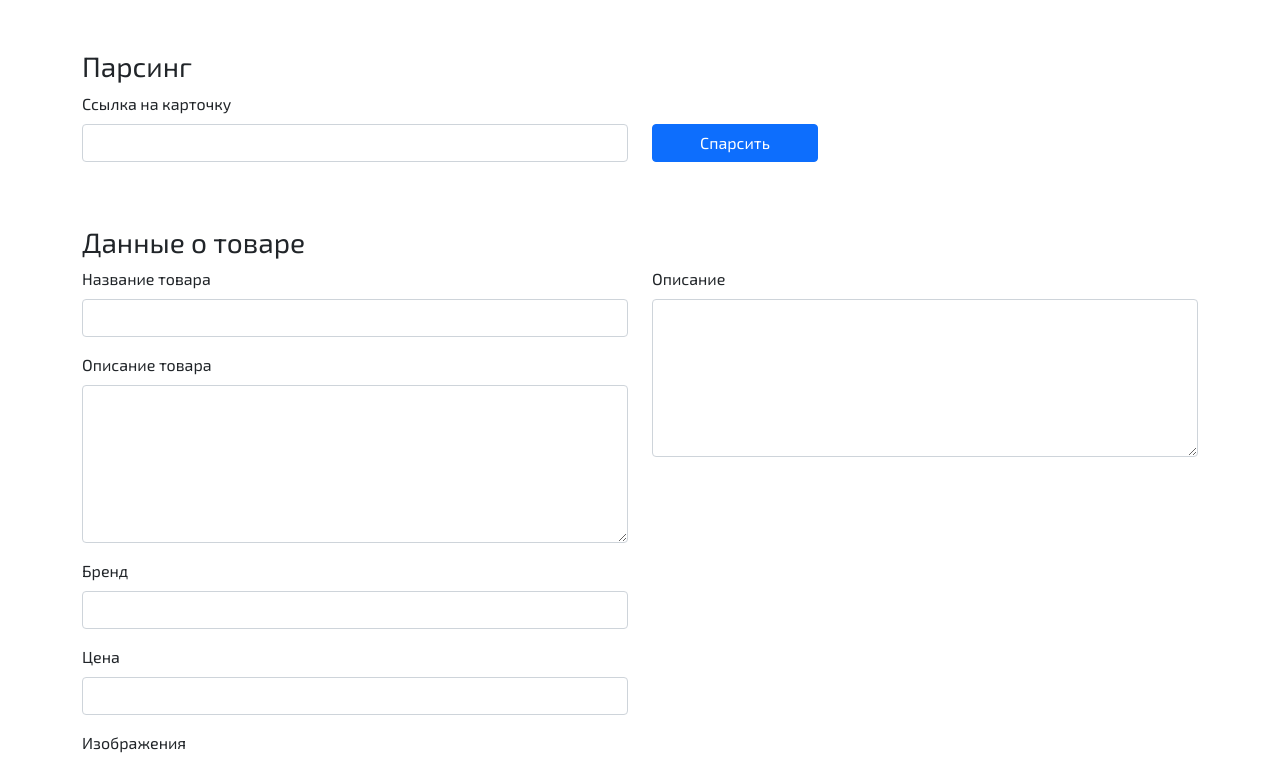
Repository: yozuul/wildberries-product-card-parser-api-exchange
Page: public/index.html
An editor plug-in stored every save of this project. The page is shown before and after the next save, followed by the edit.
The browser window is 1280 px wide. The pictures show the whole page.

Above is the page before, as saved 2021-08-18 20:11:42.

### public/index.html
<!DOCTYPE html>
<html lang="en">

<head>
   <meta charset="UTF-8">
   <meta http-equiv="X-UA-Compatible" content="IE=edge">
   <meta name="viewport" content="width=device-width, initial-scale=1.0">
   <title>Document</title>
   <link href="https://cdn.jsdelivr.net/npm/bootstrap@5.1.0/dist/css/bootstrap.min.css" rel="stylesheet"
      integrity="sha384-KyZXEAg3QhqLMpG8r+8fhAXLRk2vvoC2f3B09zVXn8CA5QIVfZOJ3BCsw2P0p/We" crossorigin="anonymous">
   <link rel="stylesheet" href="style.css">
</head>

<body>
   <div class="container">
      <form class="row parser_form_wrapper align-items-end">
         <div class="mb-3 col-6">
            <h3>Парсинг</h3>
            <label for="cardProductURL" class="form-label">Ссылка на карточку</label>
            <input type="text" class="form-control" id="cardProductURL">
         </div>
         <div class="col-2 mb-3">
            <button type="submit" class="btn btn-primary col-12">Спарсить</button>
         </div>
      </form>
   </div>
   <form class="container mt-5">
      <div class="row">
         <h3 class="col-12">Данные о товаре</h3>
         <div class="col">
            <div class="mb-3">
               <label for="productName" class="form-label">Название товара</label>
               <input type="text" class="form-control" id="productName">
            </div>
            <div class="mb-3">
               <label for="productDesc" class="form-label">Описание товара</label>
               <textarea type="text" class="form-control" id="productDesc" rows="6"></textarea>
            </div>
            <div class="mb-3">
               <label for="productBrand" class="form-label">Бренд</label>
               <input type="text" class="form-control" id="productBrand">
            </div>
            <div class="mb-3">
               <label for="productPrice" class="form-label">Цена</label>
               <input type="text" class="form-control" id="productPrice">
            </div>
            <div class="mb-3">
               <label for="productImages" class="form-label">Изображения</label>
               <!-- <input type="text" class="form-control" id="productImages"> -->
            </div>
         </div>
         <div class="col">
            <label for="productName" class="form-label">Описание</label>
            <textarea type="text" class="form-control" id="productDesc" rows="6"></textarea>
         </div>
      </div>
   </form>
   <script src="index.js"></script>
</body>
</html>

### public/style.css
@import url('https://fonts.googleapis.com/css2?family=Exo+2&display=swap');

* {
   font-family: 'Exo 2', sans-serif;
}

body {
   padding: 0;
   margin: 0;
}

.parser_form_wrapper {
   margin-top: 50px;
}
/* .productFormWrapper, .parseFormWrapper {
   max-width: 1200px;
   margin: auto;
   padding-top: 25px;
   padding-bottom: 25px;
}
.parseFormWrapper {
   border-bottom: 1px dotted #9999;
}
.productFormWrapper {
   display: flex;
}
.productFormWrapperLeft {
   margin-right: 50px;
}
.parseForm {
   display: flex;
   flex-wrap: wrap;
   max-width: 550px;
}
.parseForm input {
   width: 550px;
   margin-bottom: 20px;
}
.productForm {
}
.productForm input, .productForm textarea {
   width: 550px;
}
.productForm textarea {
   height: 100px;
   resize: none;
}
.parseFormWrapper p, .productFormWrapper p {
   margin-bottom: 8px;
   margin-top: 0;
}
.inputWrapper {
   margin-bottom: 15px;
} */

Loaded but not shown: index.js (no copy from this time; the picture is the same without it)

After the next save:
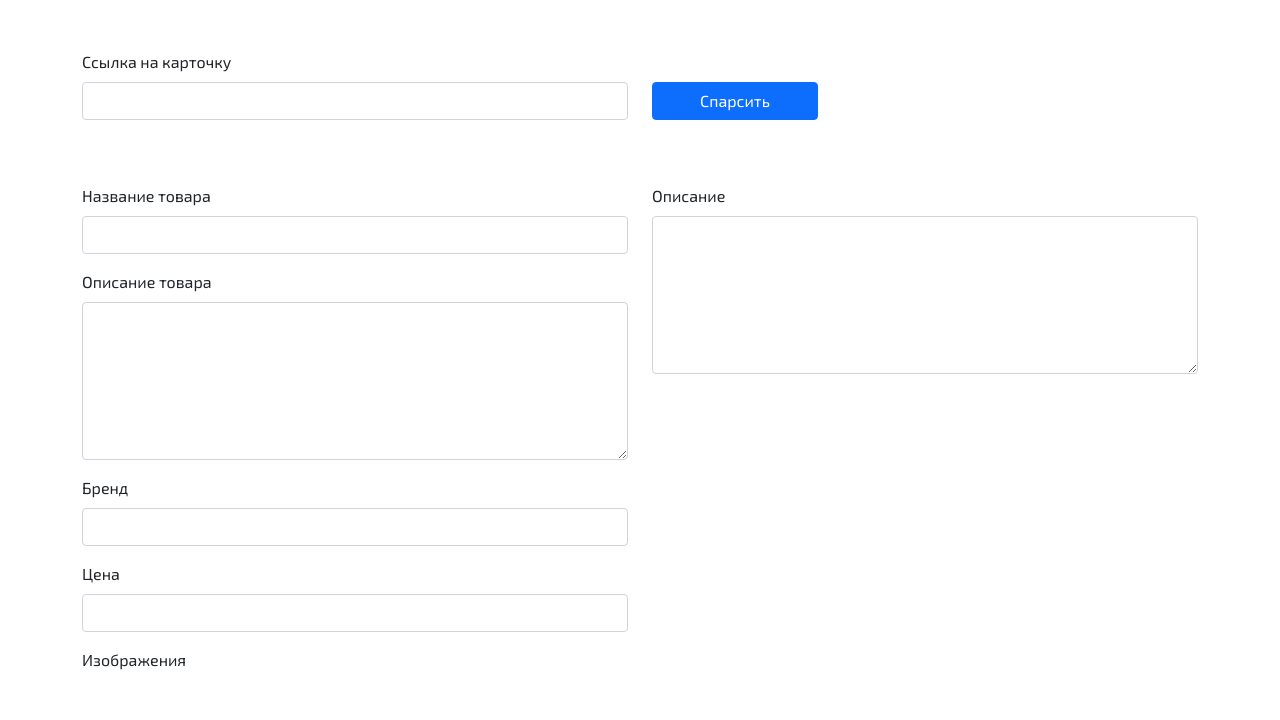
Saved 19 s later.
--- a/public/index.html
+++ b/public/index.html
@@ -15,7 +15,6 @@
    <div class="container">
       <form class="row parser_form_wrapper align-items-end">
          <div class="mb-3 col-6">
-            <h3>Парсинг</h3>
             <label for="cardProductURL" class="form-label">Ссылка на карточку</label>
             <input type="text" class="form-control" id="cardProductURL">
          </div>
@@ -26,7 +25,6 @@
    </div>
    <form class="container mt-5">
       <div class="row">
-         <h3 class="col-12">Данные о товаре</h3>
          <div class="col">
             <div class="mb-3">
                <label for="productName" class="form-label">Название товара</label>
